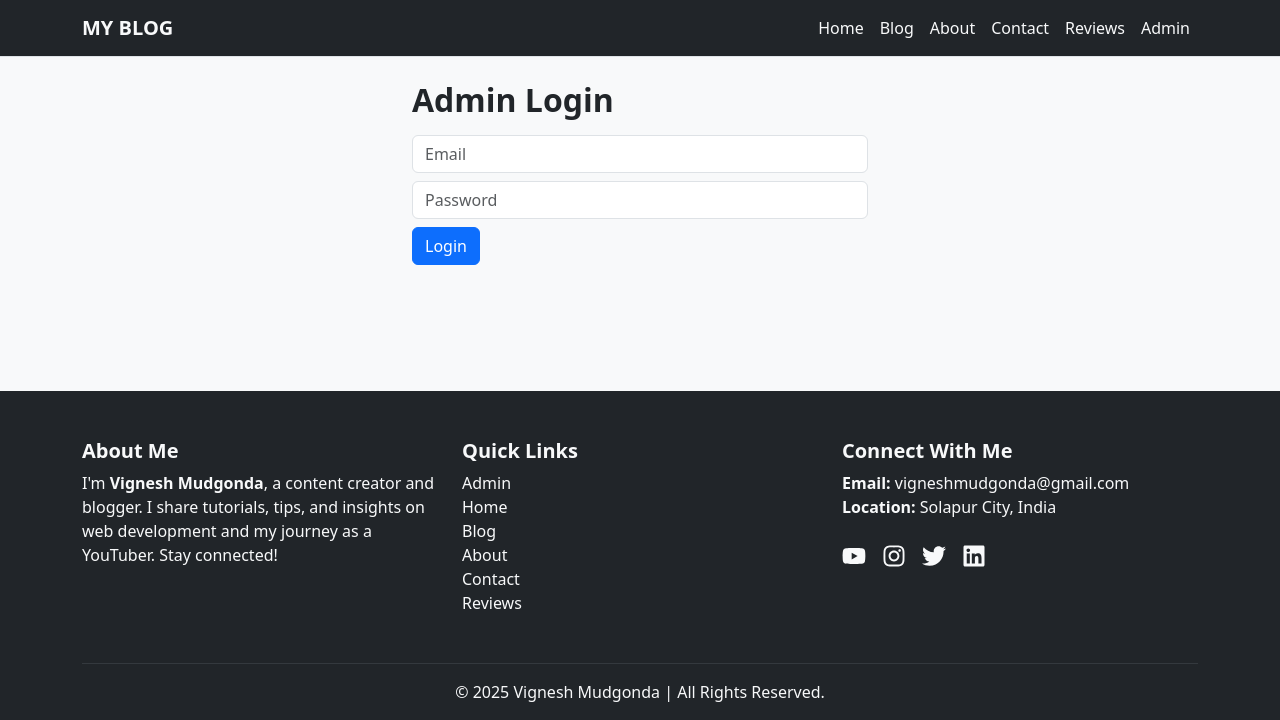
Repository: vigneshmudgonda/Blog2
Page: /admin (app in blog-frontend-full/)
These files come from the project's save history. The page is drawn as it stood at one moment and after the next save; the edit follows.
The browser window is 1280 px wide. The pictures show the whole page.
The page's requests for data from a server got no answer. The project was rebuilt for these pictures with package versions that can differ from the ones it lists, and the page was loaded fresh each time. No one was signed in, and anything a server would have sent is missing. Also part of the build but not shown: blog-frontend-full/src/pages/Home.js, blog-frontend-full/src/pages/BlogList.js, blog-frontend-full/src/pages/BlogDetail.js, blog-frontend-full/src/pages/Reviews.js, blog-frontend-full/src/pages/Contact.js, blog-frontend-full/src/pages/About.js, blog-frontend-full/src/pages/AdminDashboard.js, blog-frontend-full/src/pages/YoutubeVideos.js.

Above is the page before, as saved 2025-08-19 21:09:39.

After the next save:
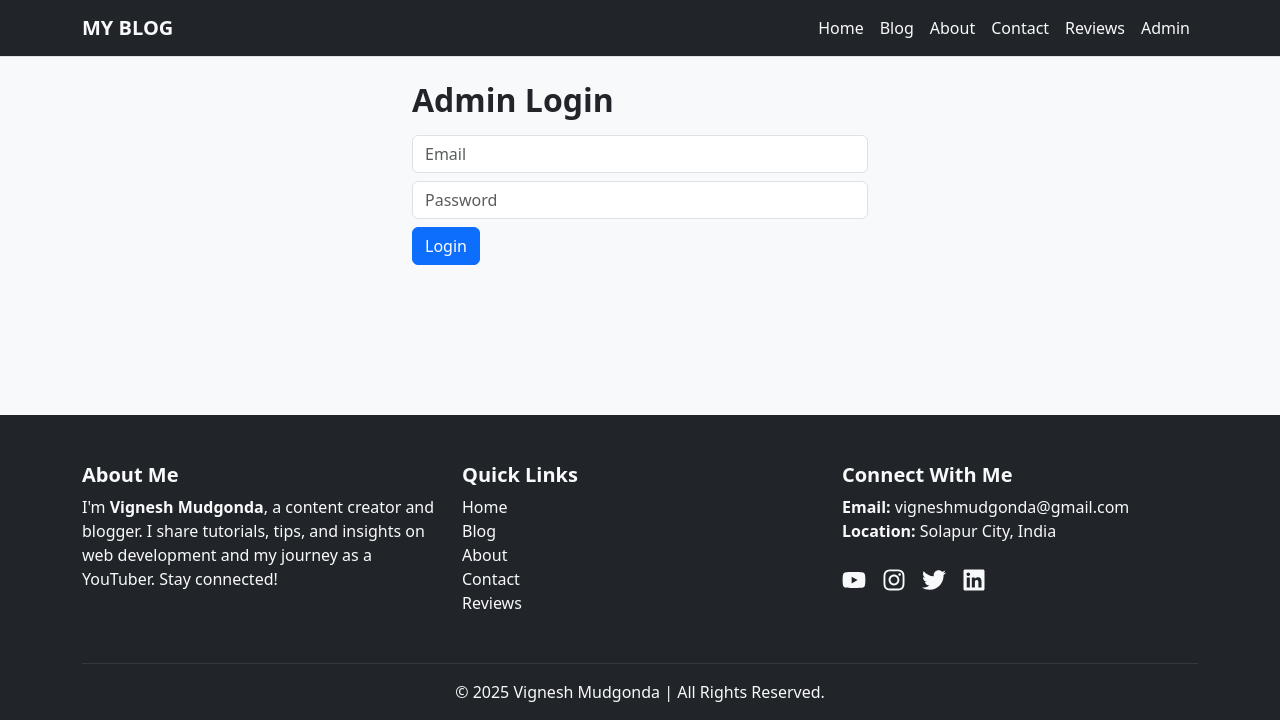
Saved 8 s later.
--- a/blog-frontend-full/src/components/Footer.js
+++ b/blog-frontend-full/src/components/Footer.js
@@ -26,7 +26,7 @@
           <div className="col-md-4 mb-3">
             <h5 className="fw-bold">Quick Links</h5>
             <ul className="list-unstyled">
-              <li><Link to="/youtube" className="text-light text-decoration-none">Admin</Link></li>
+              <li><Link to="/youtube" className="text-light text-decoration-none"></Link></li>
               <li><Link to="/" className="text-light text-decoration-none">Home</Link></li>
               <li><Link to="/blog" className="text-light text-decoration-none">Blog</Link></li>
               <li><Link to="/about" className="text-light text-decoration-none">About</Link></li>

After the save that followed:
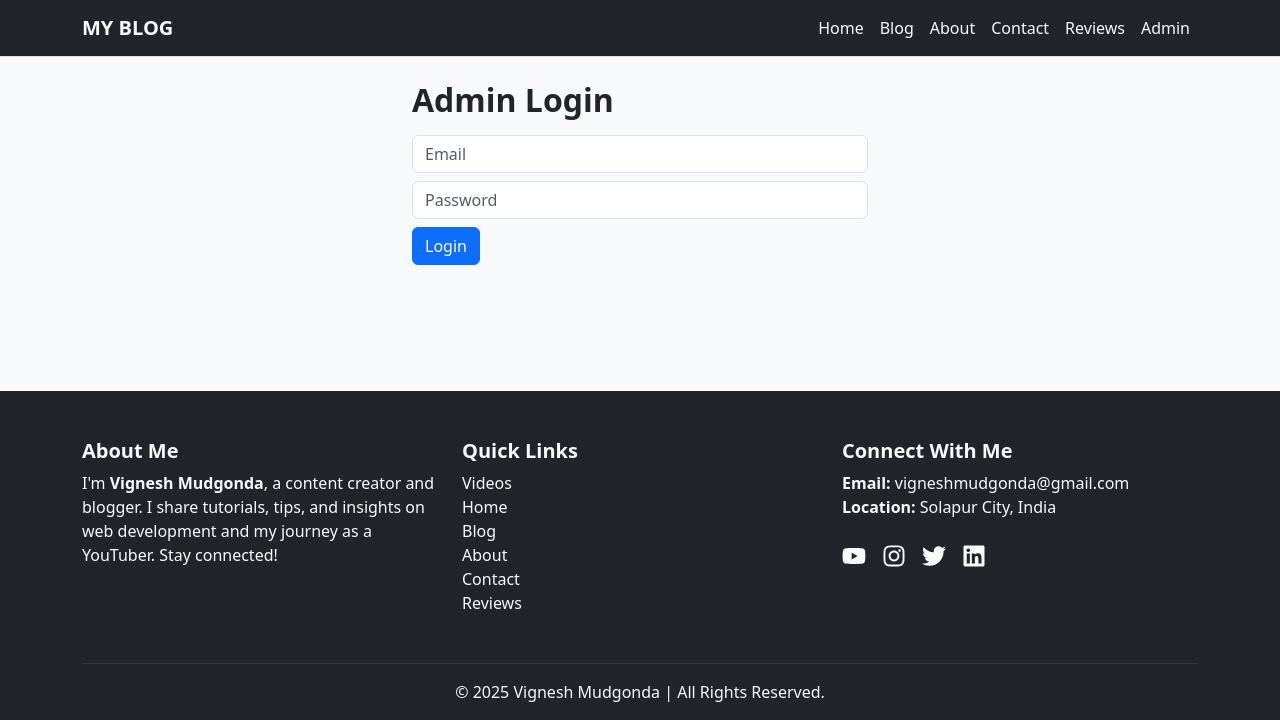
Saved 4 s later.
--- a/blog-frontend-full/src/components/Footer.js
+++ b/blog-frontend-full/src/components/Footer.js
@@ -26,7 +26,7 @@
           <div className="col-md-4 mb-3">
             <h5 className="fw-bold">Quick Links</h5>
             <ul className="list-unstyled">
-              <li><Link to="/youtube" className="text-light text-decoration-none"></Link></li>
+              <li><Link to="/youtube" className="text-light text-decoration-none">Videos</Link></li>
               <li><Link to="/" className="text-light text-decoration-none">Home</Link></li>
               <li><Link to="/blog" className="text-light text-decoration-none">Blog</Link></li>
               <li><Link to="/about" className="text-light text-decoration-none">About</Link></li>
